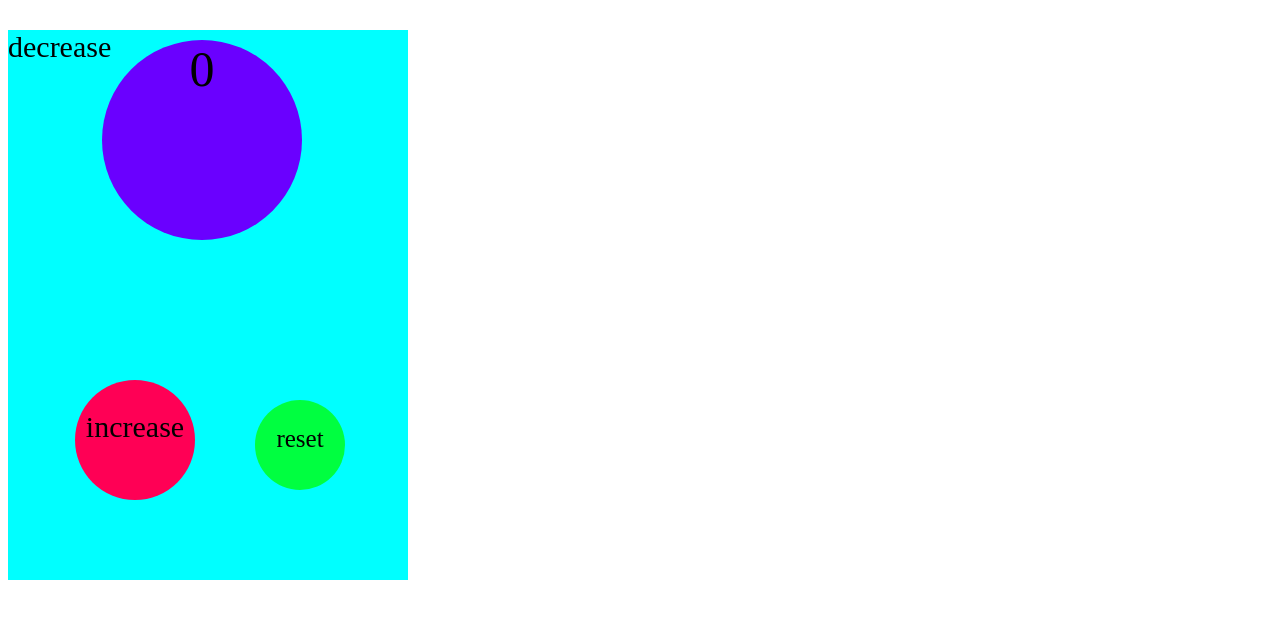
Repository: sara55m/Counter_App
Page: index.html
These files come from the project's save history. The page is drawn as it stood at one moment and after the next save; the edit follows.
The browser window is 1280 px wide. The pictures show the whole page.

Above is the page before, as saved 2024-07-30 03:32:08.

### index.html
<!DOCTYPE html>
<html lang="en">
<head>
    <meta charset="UTF-8">
    <meta name="viewport" content="width=device-width, initial-scale=1.0">
    <title>Document</title>
    <link rel="stylesheet" href="css/style.css">
</head>
<body>
    <div class="container">
        <div class="main" id="main"></div>
        <div class="increase" id="increase" onclick="increase()"><p class="first">increase</p></div>
        <div class="decrease" id="decrease" onclick="increase()"><p class="second">decrease</p></div>
        <div class="reset" onclick="reset_1()"><p class="third">reset</p></div>
    </div>
    <script src="js/script.js"></script>
</body>
</html>

### css/style.css
.container{
    height:550px;
    width:400px;
    background-color: aqua;
}

.main{
    position:absolute;
    top:40px;
    left:102px;
    height:200px;
    width:200px;
    border-radius: 50%;
    background-color: rgb(106, 0, 255);
    text-align: center;
    font-size: 50px;
}


.increase{
    position:absolute;
    top:380px;
    left:75px;
    height:120px;
    width:120px;
    border-radius: 50%;
    background-color: rgb(255, 0, 85);
    text-align: center;
    font-size: 50px;
}
p.first,p.second{
    font-size: 30px;;
}

.reset{
    position:absolute;
    top:400px;
    left:255px;
    height:90px;
    width:90px;
    border-radius: 50%;
    background-color: rgb(0, 255, 64);
    text-align: center;
    font-size: 50px;
}

p.third{
    font-size: 25px;;
}

### js/script.js
let count=0;
let count1=0;
document.getElementById("main").innerHTML=count1;
function increase(){
    count+=1;
    count1+=1;
    //document.getElementById("increase").innerHTML=count;
    document.getElementById("main").innerHTML=count1;

}

function reset_1(){
    let count=0;
    let x=document.getElementById("main").innerHTML=count;

}

After the next save:
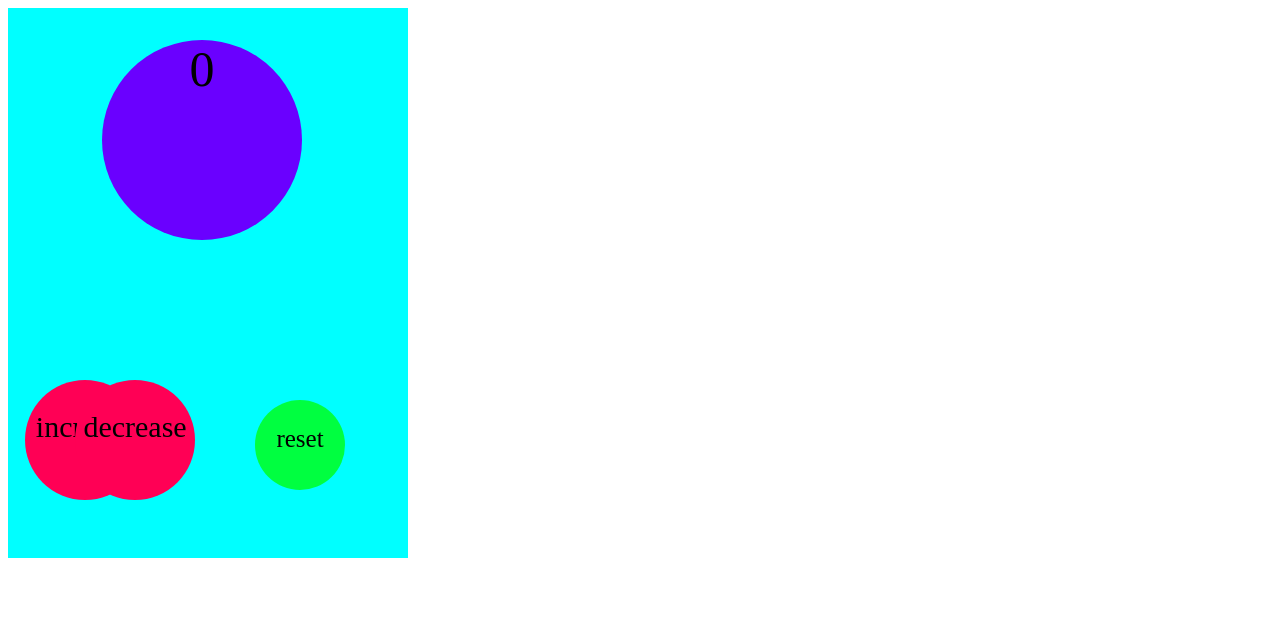
Saved 72 s later.
--- a/css/style.css
+++ b/css/style.css
@@ -16,8 +16,22 @@
     font-size: 50px;
 }
 
+.increase{
+    position:absolute;
+    top:380px;
+    left:25px;
+    height:120px;
+    width:120px;
+    border-radius: 50%;
+    background-color: rgb(255, 0, 85);
+    text-align: center;
+    font-size: 50px;
+}
+p.first,p.second{
+    font-size: 30px;;
+}
 
-.increase{
+.decrease{
     position:absolute;
     top:380px;
     left:75px;
@@ -27,9 +41,6 @@
     background-color: rgb(255, 0, 85);
     text-align: center;
     font-size: 50px;
-}
-p.first,p.second{
-    font-size: 30px;;
 }
 
 .reset{
